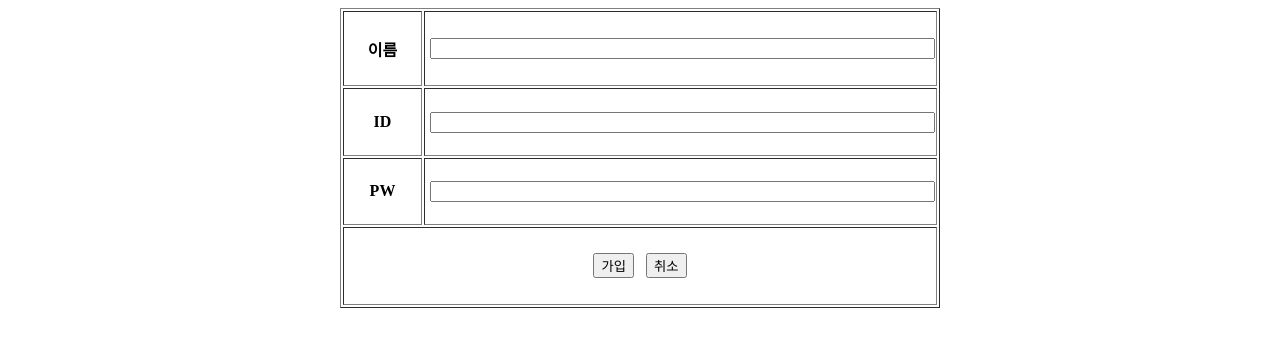
Repository: kwonminsung0/jspStudy
Page: jspStudy/src/main/webapp/join/join.html
These files come from the project's save history. The page is drawn as it stood at one moment and after the next save; the edit follows.
The browser window is 1280 px wide. The pictures show the whole page.

Above is the page before, as saved 2024-12-04 08:46:19.

After the next save:
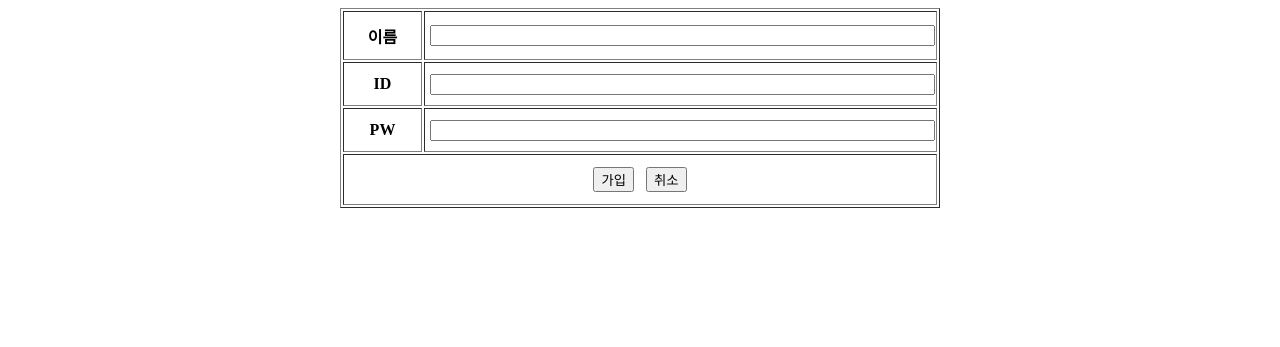
Saved 9 s later.
--- a/jspStudy/src/main/webapp/join/join.html
+++ b/jspStudy/src/main/webapp/join/join.html
@@ -7,7 +7,7 @@
 </head>
 <body>
 	<form method="post" action="/jspStudy/memberInsert">
-		<table align="center" width="600" height="300" border="1">
+		<table align="center" width="600" height="200" border="1">
 			<tr>
 				<th width="100">이름</th>
 				<td width="430">&nbsp;<input type="text" name="name"
